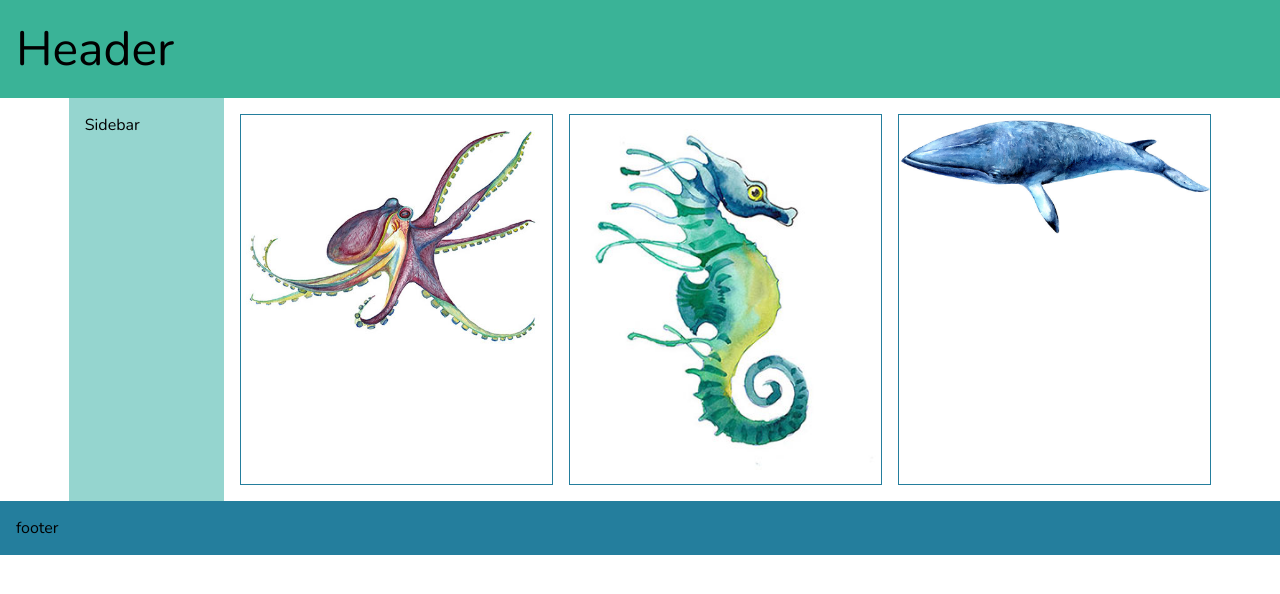
Repository: mariocapitbrok/css-combining-grid-and-flexbox-0207
Page: index.html
These files come from the project's save history. The page is drawn as it stood at one moment and after the next save; the edit follows.
The browser window is 1280 px wide. The pictures show the whole page.

Above is the page before, as saved 2022-10-07 09:58:14.

After the next save:
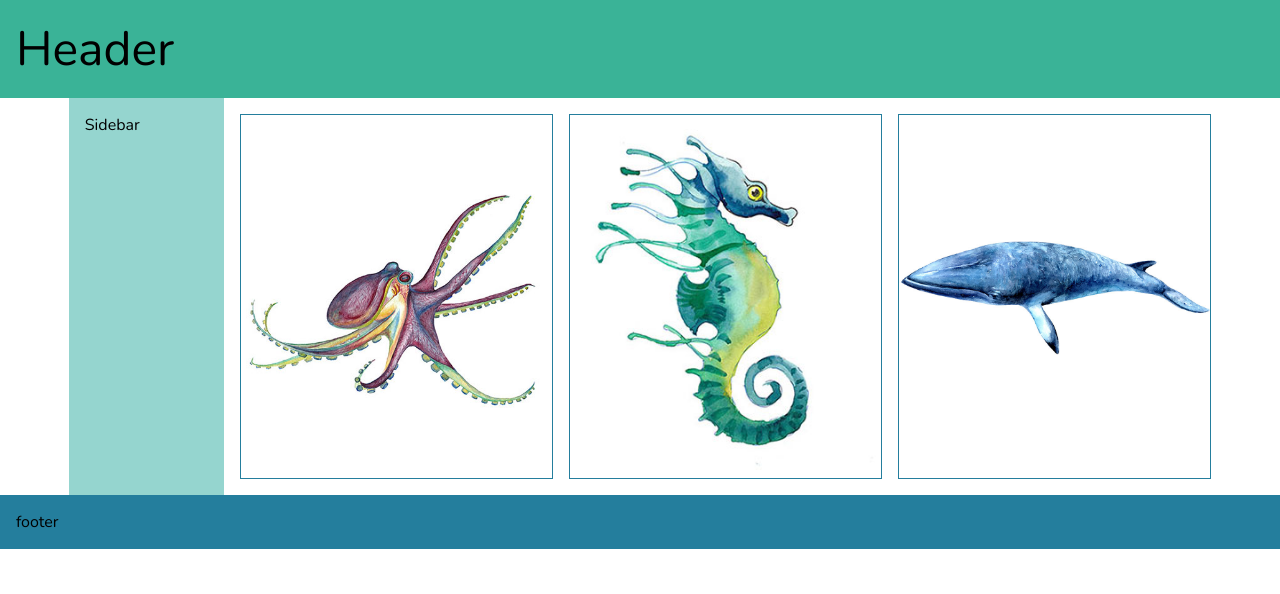
Saved 66 s later.
--- a/styles/base.css
+++ b/styles/base.css
@@ -38,6 +38,9 @@ main {
 article {
     border: solid 1px #247e9d;
     text-align: center;
+    display: grid;
+    align-items: center;
+    justify-content: center;
 }
 
 footer {
